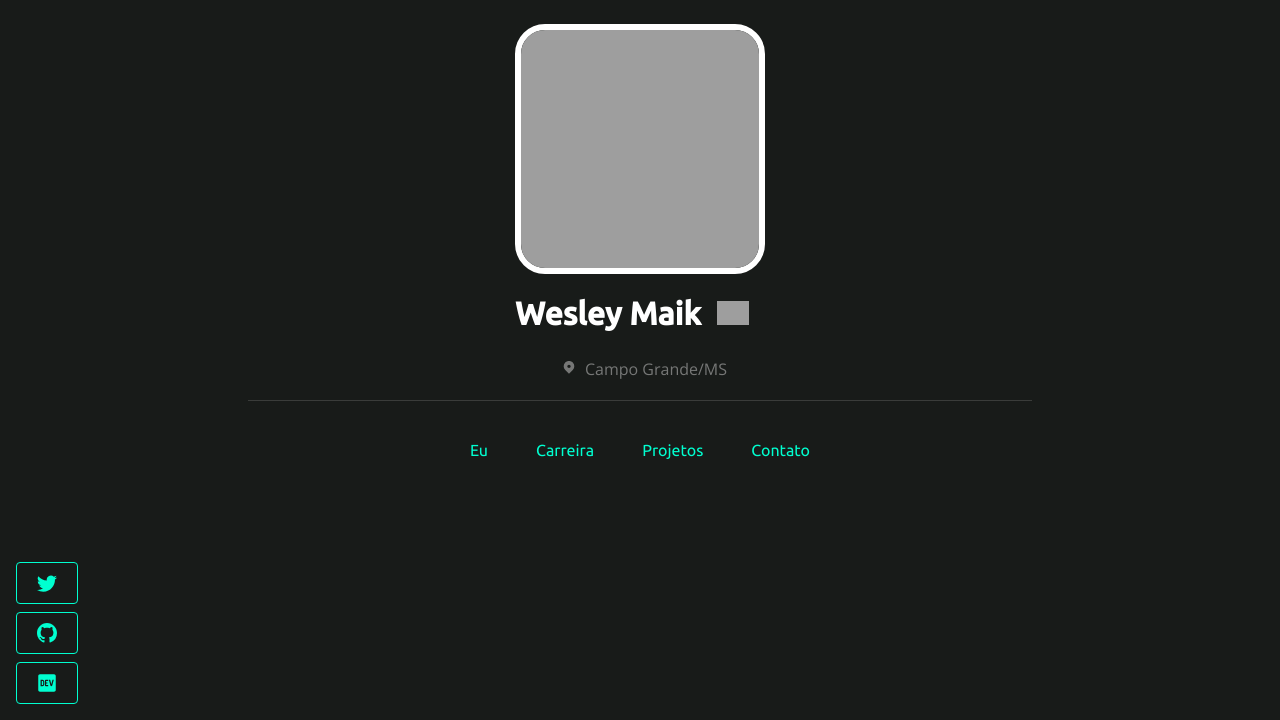
Repository: WesleyMaik/wesleymaik.github.io
Page: /
These files come from the project's save history. The page is drawn as it stood at one moment and after the next save; the edit follows.
The browser window is 1280 px wide. The pictures show the whole page.
Pictures or frames that could not be fetched are drawn as grey boxes. The page's requests for data from a server got no answer. The project was rebuilt for these pictures with package versions that can differ from the ones it lists, and the page was loaded fresh each time. No one was signed in, and anything a server would have sent is missing. Also part of the build but not shown: vite.config.ts.

Above is the page before, as saved 2022-08-08 17:36:10.

After the next save:
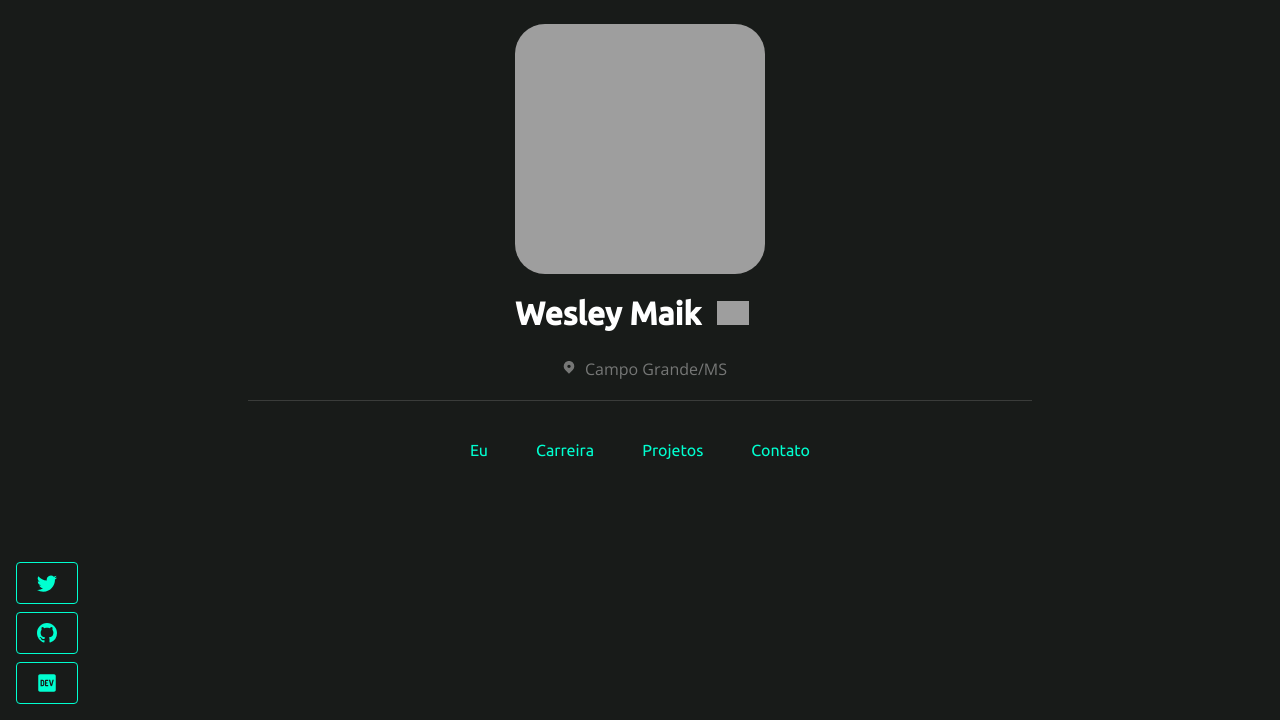
Saved 7 s later.
--- a/src/components/avatar/index.tsx
+++ b/src/components/avatar/index.tsx
@@ -10,7 +10,7 @@
 
         overflow:hidden;
 
-        border:6px solid #fff;
+
         border-radius:12%;
 
         .img{
